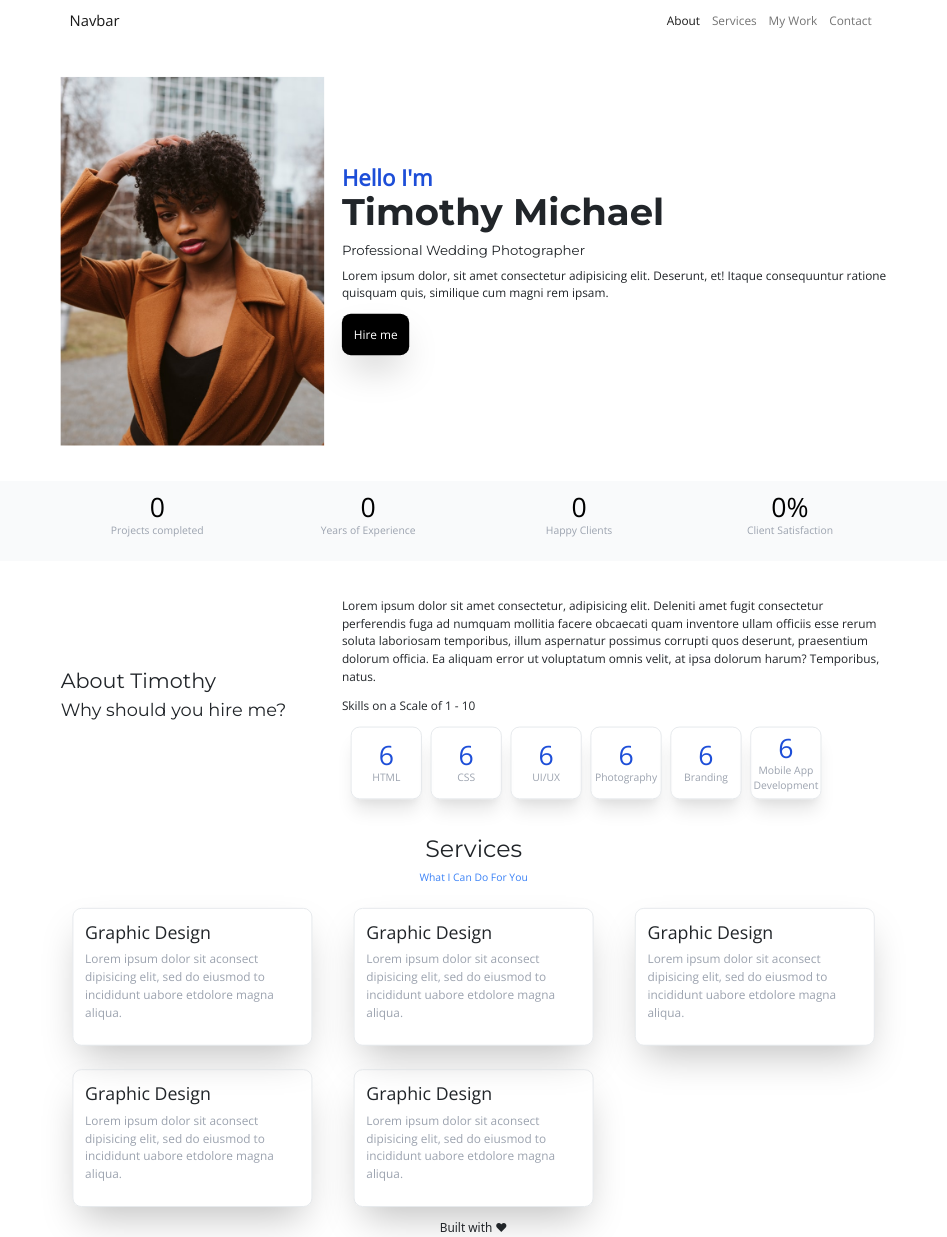
Repository: latenightsnacc/giggles
Page: HTML/freelancer.html
An editor plug-in stored every save of this project. The page is shown before and after the next save, followed by the edit.
The browser window is 1280 px wide. The pictures show the whole page, at 74% of full size.
Some web libraries are served in a nearby version.

Above is the page before, as saved 2021-01-03 16:20:23.

### HTML/freelancer.html
<!DOCTYPE html>
<html lang="en">
<head>
    <meta charset="UTF-8">
    <meta name="viewport" content="width=device-width, initial-scale=1.0">
    <link href="https://cdnjs.cloudflare.com/ajax/libs/tailwindcss/2.0.2/tailwind.min.css" rel="stylesheet">
    <link rel="stylesheet" href="https://stackpath.bootstrapcdn.com/font-awesome/4.7.0/css/font-awesome.min.css" />
    <link href="https://cdn.jsdelivr.net/npm/bootstrap@5.0.0-beta1/dist/css/bootstrap.min.css" rel="stylesheet" integrity="sha384-giJF6kkoqNQ00vy+HMDP7azOuL0xtbfIcaT9wjKHr8RbDVddVHyTfAAsrekwKmP1" crossorigin="anonymous">
    <link rel="stylesheet" href="stylesheet.css">
    <title>Freelancer Page</title>
</head>
<body class="overflow-x-hidden">
    <header class="container">
        <nav class="navbar navbar-expand-lg navbar-light bg-white">
            <div class="container-fluid">
              <a class="navbar-brand" href="#">Navbar</a>
              <button class="navbar-toggler" type="button" data-bs-toggle="collapse" data-bs-target="#navbarNavDropdown" aria-controls="navbarNavDropdown" aria-expanded="false" aria-label="Toggle navigation">
                <span class="navbar-toggler-icon"></span>
              </button>
              <div class="collapse navbar-collapse" id="navbarNavDropdown">
                <ul class="navbar-nav ml-auto">
                  <li class="nav-item">
                    <a class="nav-link active" aria-current="page" href="#">About</a>
                  </li>
                  <li class="nav-item">
                    <a class="nav-link" href="#">Services</a>
                  </li>
                  <li class="nav-item">
                    <a class="nav-link" href="#">My Work</a>
                  </li>
                  <li class="nav-item">
                    <a class="nav-link" href="#">Contact</a>
                  </li>
                  <!-- <li class="nav-item dropdown">
                    <a class="nav-link dropdown-toggle" href="#" id="navbarDropdownMenuLink" role="button" data-bs-toggle="dropdown" aria-expanded="false">
                      Dropdown link
                    </a>
                    <ul class="dropdown-menu" aria-labelledby="navbarDropdownMenuLink">
                      <li><a class="dropdown-item" href="#">Action</a></li>
                      <li><a class="dropdown-item" href="#">Another action</a></li>
                      <li><a class="dropdown-item" href="#">Something else here</a></li>
                    </ul>
                  </li> -->
                </ul>
              </div>
            </div>
        </nav>
    </header>
    <main>
        <!--User Banner-->
        <div class="container mt-5">
            <div class="row flex items-center h-auto">
                <div class="col-sm-12 col-md-4 col-lg-4 col-xl-4">
                    <img src="assets/userDp.jpg" alt="Profile Picture">
                </div>
                <div class="col-sm-12 col-md-8 col-lg-8 col-xl-8">
                    <div class="user-info">
                        <span class="semi-bold text-blue-700 py-10">Hello I'm</span>
                        <h1>Timothy Michael</h1>
                        <h2>Professional Wedding Photographer</h2>
                        <p>Lorem ipsum dolor, sit amet consectetur adipisicing elit. Deserunt, et! Itaque consequuntur ratione quisquam quis, similique cum magni rem ipsam.</p>
                        <button class="bg-black text-white p-3 semi-bold rounded-xl shadow-2xl">Hire me</button>
                    </div>
                </div>
            </div>
        </div>
        <!--User Statisitics-->
        <div class="stats w-full bg-gray-50 flex items-center h-auto py-3 mt-5">
            <div class="container">
                <div class="row">
                    <div class="stat-box col text-center">
                        <div class="bold text-4xl text-black">0</div>
                        <p class="text-sm text-gray-400">Projects completed</p>

                    </div>
                    <div class="stat-box col text-center">
                        <div class="bold text-4xl text-black">0</div>
                        <p class="text-sm text-gray-400">Years of Experience</p>
                    </div>
                    <div class="stat-box col text-center">
                        <div class="bold text-4xl text-black">0</div>
                        <p class="text-sm text-gray-400">Happy Clients</p>
                    </div>
                    <div class="stat-box col text-center">
                        <div class="bold text-4xl text-black">0%</div>
                        <p class="text-sm text-gray-400">Client Satisfaction</p>
                    </div>
                </div>
            </div>
        </div>
        <!--About User-->
        <div class="container">
            <div class="row h-auto flex flex-row items-center">
                <div class="col-sm-12 col-md-6 col-lg-4 col-xl-4 pt-5">
                    <h3>About Timothy</h3>
                    <h4>Why should you hire me?</h4>
                </div>
                <div class="col-sm-12 col-md-6 col-lg-8 col-xl-8 pt-5">
                    <p>Lorem ipsum dolor sit amet consectetur, adipisicing elit. Deleniti amet fugit consectetur perferendis fuga ad numquam mollitia facere obcaecati quam inventore ullam officiis esse rerum soluta laboriosam temporibus, illum aspernatur possimus corrupti quos deserunt, praesentium dolorum officia. Ea aliquam error ut voluptatum omnis velit, at ipsa dolorum harum? Temporibus, natus.</p>
                    <span class="bold">Skills on a Scale of 1 - 10</span>
                    <div class="d-flex flex-wrap">
                        <div class="skill-box shadow-xl max-w-sm w-24 p-2 ml-3 mt-3 border border-gray-100 rounded-xl flex flex-col items-center justify-center text-center">

                            <span class="text-blue-700 bold text-4xl">6</span>
                            <div class="text-sm text-gray-400">HTML</div>
                        </div>
                        <div class="skill-box shadow-xl max-w-sm w-24 p-2 ml-3 mt-3 border border-gray-100 rounded-xl flex flex-col items-center justify-center text-center">

                            <span class="text-blue-700 bold text-4xl">6</span>
                            <div class="text-sm text-gray-400">CSS</div>
                        </div>
                        <div class="skill-box shadow-xl max-w-sm w-24 p-2 ml-3 mt-3 border border-gray-100 rounded-xl flex flex-col items-center justify-center text-center">

                            <span class="text-blue-700 bold text-4xl">6</span>
                            <div class="text-sm text-gray-400">UI/UX</div>
                        </div>
                        <div class="skill-box shadow-xl max-w-sm w-24 p-2 ml-3 mt-3 border border-gray-100 rounded-xl flex flex-col items-center justify-center text-center">

                            <span class="text-blue-700 bold text-4xl">6</span>
                            <div class="text-sm text-gray-400">Photography</div>
                        </div>
                        <div class="skill-box shadow-xl max-w-sm w-24 p-2 ml-3 mt-3 border border-gray-100 rounded-xl flex flex-col items-center justify-center text-center">

                            <span class="text-blue-700 bold text-4xl">6</span>
                            <div class="text-sm text-gray-400">Branding</div>
                        </div>
                        <div class="skill-box shadow-xl max-w-sm w-24 p-2 ml-3 mt-3 border border-gray-100 rounded-xl flex flex-col items-center justify-center text-center">

                            <span class="text-blue-700 bold text-4xl">6</span>
                            <div class="text-sm text-gray-400">Mobile App Development</div>
                        </div>
                    </div>
                </div>
            </div>
        </div>
        <!--Services User Provides-->
        <div class="container mt-5">
            <h2 class="text-center">Services</h2>
            <p class="text-blue-500 text-sm capitalize text-center">What I can do for you</p>
            <div class="row">
                <div class="col-xs-12 col-sm-12 col-md-3 col-lg-3 col-xl-4">
                    <div class="max-w-sm shadow-2xl border border-gray-100 rounded-xl p-3 m-3 hover:bg-black hover:text-white">
                        <div class="service-title text-2xl bold  pb-2">Graphic Design</div>
                        <p class="text-md text-gray-400">Lorem ipsum dolor sit aconsect dipisicing elit, sed do eiusmod to incididunt uabore etdolore magna aliqua.</p>
                    </div>
                </div>
                <div class="col-xs-12 col-sm-12 col-md-3 col-lg-3 col-xl-4">
                    <div class="max-w-sm shadow-2xl border border-gray-100 rounded-xl p-3 m-3 hover:bg-black hover:text-white">
                        <div class="service-title text-2xl bold  pb-2">Graphic Design</div>
                        <p class="text-md text-gray-400">Lorem ipsum dolor sit aconsect dipisicing elit, sed do eiusmod to incididunt uabore etdolore magna aliqua.</p>
                    </div>
                </div>
                <div class="col-xs-12 col-sm-12 col-md-3 col-lg-3 col-xl-4">
                    <div class="max-w-sm shadow-2xl border border-gray-100 rounded-xl p-3 m-3 hover:bg-black hover:text-white">
                        <div class="service-title text-2xl bold  pb-2">Graphic Design</div>
                        <p class="text-md text-gray-400">Lorem ipsum dolor sit aconsect dipisicing elit, sed do eiusmod to incididunt uabore etdolore magna aliqua.</p>
                    </div>
                </div>
                <div class="col-xs-12 col-sm-12 col-md-3 col-lg-3 col-xl-4">
                    <div class="max-w-sm shadow-2xl border border-gray-100 rounded-xl p-3 m-3 hover:bg-black hover:text-white">
                        <div class="service-title text-2xl bold  pb-2">Graphic Design</div>
                        <p class="text-md text-gray-400">Lorem ipsum dolor sit aconsect dipisicing elit, sed do eiusmod to incididunt uabore etdolore magna aliqua.</p>
                    </div>
                </div>
                <div class="col-xs-12 col-sm-12 col-md-3 col-lg-3 col-xl-4">
                    <div class="max-w-sm shadow-2xl border border-gray-100 rounded-xl p-3 m-3 hover:bg-black hover:text-white">
                        <div class="service-title text-2xl bold  pb-2">Graphic Design</div>
                        <p class="text-md text-gray-400">Lorem ipsum dolor sit aconsect dipisicing elit, sed do eiusmod to incididunt uabore etdolore magna aliqua.</p>
                    </div>
                </div>
            </div>

        </div>
    </main>
    <footer class="text-center">Built with &hearts; </footer>
    <script src="https://cdn.jsdelivr.net/npm/bootstrap@5.0.0-beta1/dist/js/bootstrap.bundle.min.js" integrity="sha384-ygbV9kiqUc6oa4msXn9868pTtWMgiQaeYH7/t7LECLbyPA2x65Kgf80OJFdroafW" crossorigin="anonymous"></script>

</body>
</html>

### HTML/stylesheet.css
@import url('https://fonts.googleapis.com/css2?family=Montserrat:wght@400;700&family=Open+Sans:wght@300;400&display=swap');

h1, h2, h3, h4, h5, h6 {
    font-family: 'Montserrat', sans-serif;
}
.user-info h1 {
    line-height: 60px;
    font-size: 50px;
    font-weight: 700;
}
.user-info h2 {
    line-height: 27px;
    font-size: 18px;
    font-weight: 400;
}
.user-info span {
    line-height: 27px;
    font-size: 30px;
    font-weight: 600;
}
p, div, a, button {
    font-family: 'Open Sans', sans-serif;
    font-weight: 300;
}

After the next save:
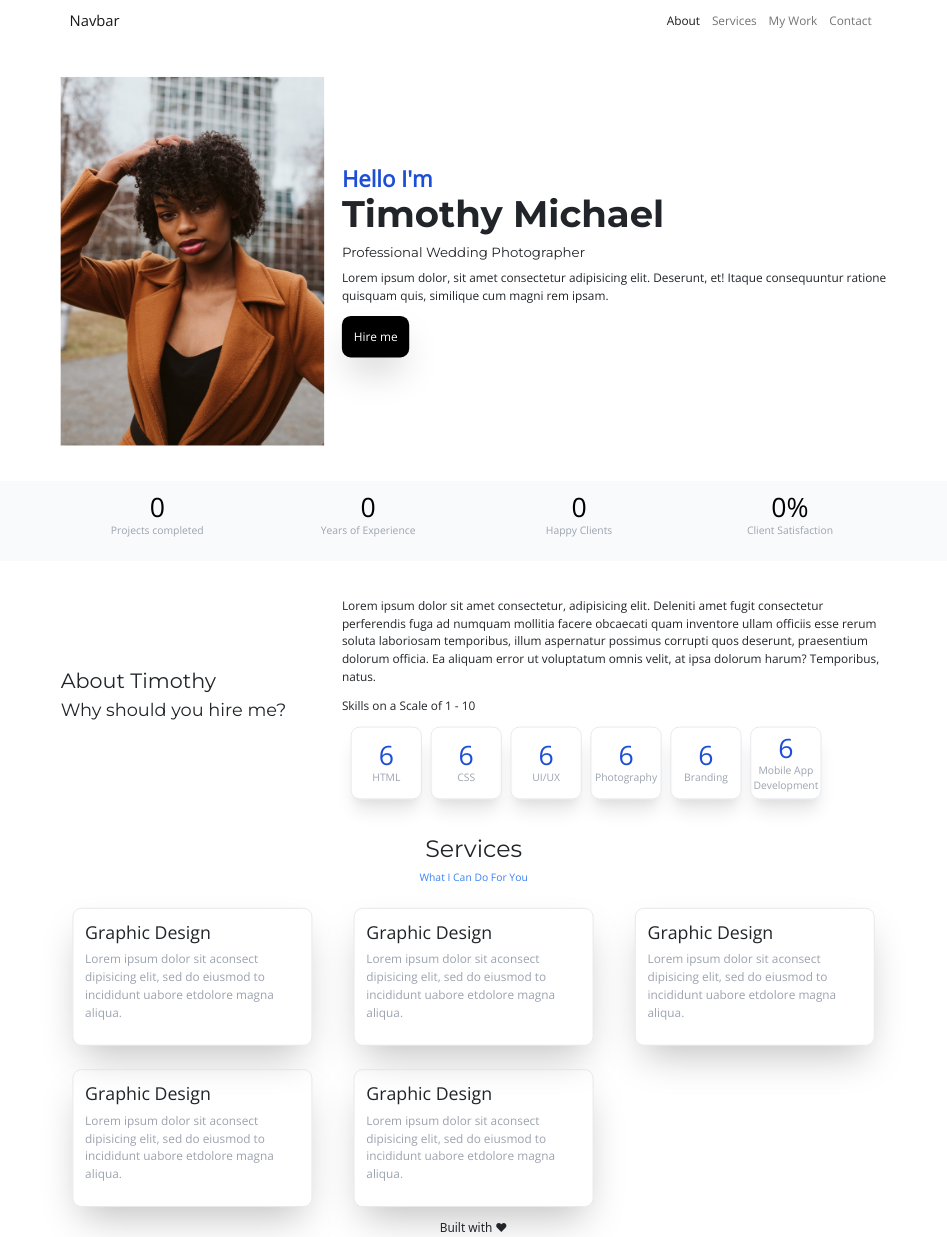
Saved 17 s later.
--- a/HTML/stylesheet.css
+++ b/HTML/stylesheet.css
@@ -14,7 +14,7 @@ h1, h2, h3, h4, h5, h6 {
     font-weight: 400;
 }
 .user-info span {
-    line-height: 27px;
+    line-height: 36px;
     font-size: 30px;
     font-weight: 600;
 }
